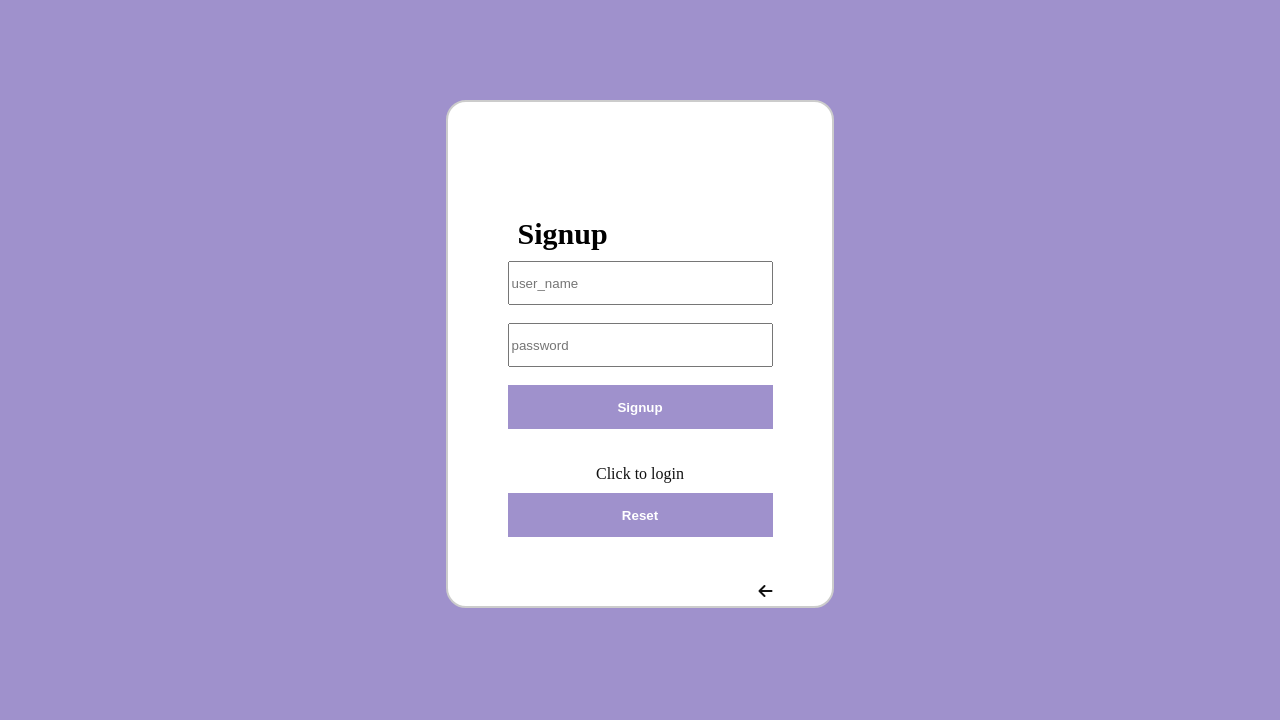
Repository: prathyushaa5/artgallery
Page: http://localhost/index/signup.php
An editor plug-in stored every save of this project. The page is shown before and after the next save, followed by the edit.
The browser window is 1280 px wide. The pictures show the whole page.
The page is run by PHP 8.4 with error messages shown; the project is at /var/www/html/.

Above is the page before, as saved 2023-11-20 15:19:14.

### index/signup.php
<?php
session_start();
   include("connection.php");
   include("functions.php");


   if($_SERVER['REQUEST_METHOD']== "POST"){
    //something was posted

   $user_name= $_POST['user_name'];
   $password= $_POST['password'];
   if(!empty($user_name)&& !empty($password)){
     //save to database;
     $user_id=random_num(10);
     $query="insert into users(user_id,user_name,password) values ('$user_id','$user_name','$password')";
     mysqli_query($con,$query);
     header("Location: login.php");
     die;
   }else{
    $_SESSION['error_message']="Enter valid username/password";
    header('Location: signup.php');
    die;
   }
   }

?>

<!DOCTYPE html>
<html lang="en">
<head>
    <meta charset="UTF-8">
    <meta name="viewport" content="width=device-width, initial-scale=1.0">
    <title>Signup</title>
</head>
<link rel="stylesheet" href="https://cdnjs.cloudflare.com/ajax/libs/font-awesome/6.4.2/css/all.min.css" integrity="sha512-z3gLpd7yknf1YoNbCzqRKc4qyor8gaKU1qmn+CShxbuBusANI9QpRohGBreCFkKxLhei6S9CQXFEbbKuqLg0DA==" crossorigin="anonymous" referrerpolicy="no-referrer" />
<style>
body{
    padding:0px;
    margin:0px;
    display:flex;
    justify-content:center;
    align-items:center;
    background-color:#9F91CC;
}
.login,.signup{
    margin:10px;
    font-size:30px;
    font-weight:bolder;
    text-align:left;


}
.box{
    width:30%;
    height:70vh;
    border:2px solid #ccc;
    margin:100px;
    display:flex;
    flex-direction:column;
    justify-content:center;
    align-items:center;
    border-radius:20px;
    background-color:#ffffff;
    text-align:center;
}
input{
  height:15%;
  width:100%;
  box-sizing:border-box;
}
a{
    text-decoration:none;
    color:#111111;
}
#button,#reset{
    color:#ffffff;
    background-color:#9F91CC;
    border:none;
    font-weight:bolder;
    display:block;
    width:100%;

}
#button:hover{
    opacity:0.5;
}
a:hover{
    color:green;
}
#reset{
    margin-top:10px;
}
#reset:hover{
    opacity:0.5;
}
#back{
    float:right;
}

</style>
<body>
    <div class="box">
    <form method="post">
        <div class="signup">Signup</div>
    <input type="text" name="user_name" id="user_name" placeholder="user_name" size="30"><br><br>
    <input type="password" name="password" id="password" placeholder="password" size="30"><br><br>
    <input type="submit" id="button" value="Signup"><br><br>
    <a href="login.php">Click to login</a>
    <input type ="reset" id="reset">
    <?php
    $errorMessage = isset($_SESSION['error_message'])? $_SESSION['error_message'] : '';
    unset($_SESSION['error_message']);?>
    <div style="color:red; margin-top:10px;"><?php echo $errorMessage;?></div><br><br>
    <a href="../index/index.html" id="back"><i class="fa-solid fa-arrow-left"></i></a>

    </form>
    </div>
</body>
</html>

### index/connection.php
<?php

$dbhost="localhost";
$dbuser="root";
$dbpass="";
$dbname="artgallery";

if(!$con=mysqli_connect($dbhost,$dbuser,$dbpass,$dbname)){
  die("failed connection");
}

### index/functions.php
<?php


function check_login($con){

  if(isset($_SESSION['user_id'])){

    $id=$_SESSION['user_id'];
    $query="select * from users where user_id='$id' limit 1";
    $result=mysqli_query($con,$query);
    if($result&&mysqli_num_rows($result)>0){
       $user_data=mysqli_fetch_assoc($result);
       return $user_data;
    }
  }
  //redirect to login
  header("Location :login.php");
  die;
}

function random_num($length){
    $text="";
    if($length<5){
        $length=5;
    }
    $len=rand(4,$length);
    for($i=0;$i<$len;$i++){
        $text .=rand(0,9);

    }
    return $text;
}

After the next save:
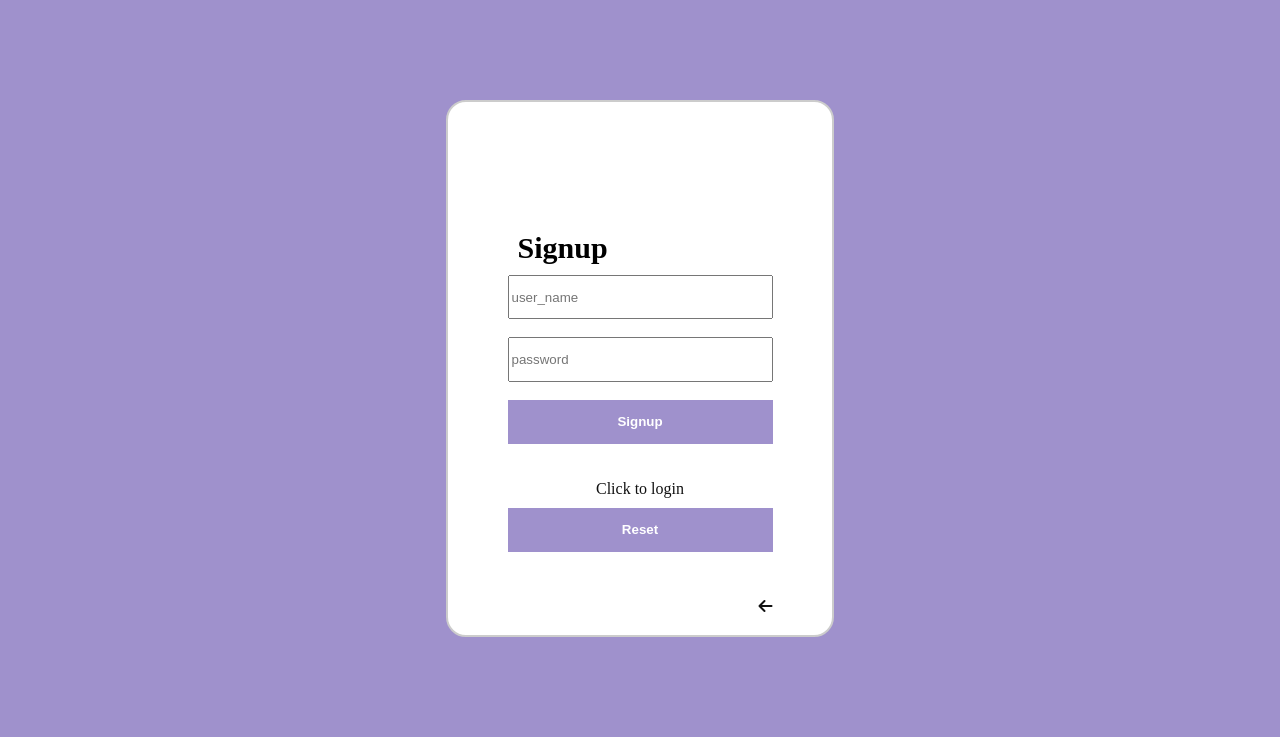
Saved 23 s later.
--- a/index/signup.php
+++ b/index/signup.php
@@ -52,7 +52,7 @@ body{
 }
 .box{
     width:30%;
-    height:70vh;
+    height:74vh;
     border:2px solid #ccc;
     margin:100px;
     display:flex;
